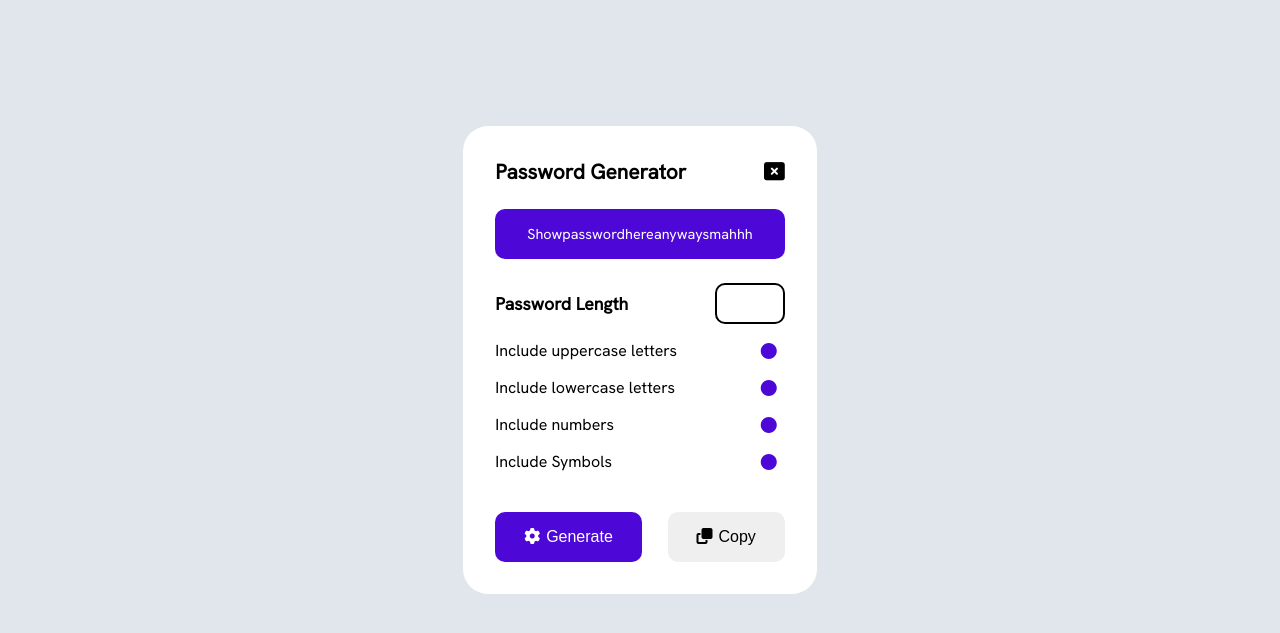
Repository: emiliaiwu/password_generator
Page: index.html
The author's editor kept a copy of each file at every save. The page is drawn from the files as they stood at one save, then again after the next save.
The browser window is 1280 px wide. The pictures show the whole page.
Some web libraries are served in a nearby version.

Above is the page before, as saved 2022-12-14 05:03:15.

After the next save:
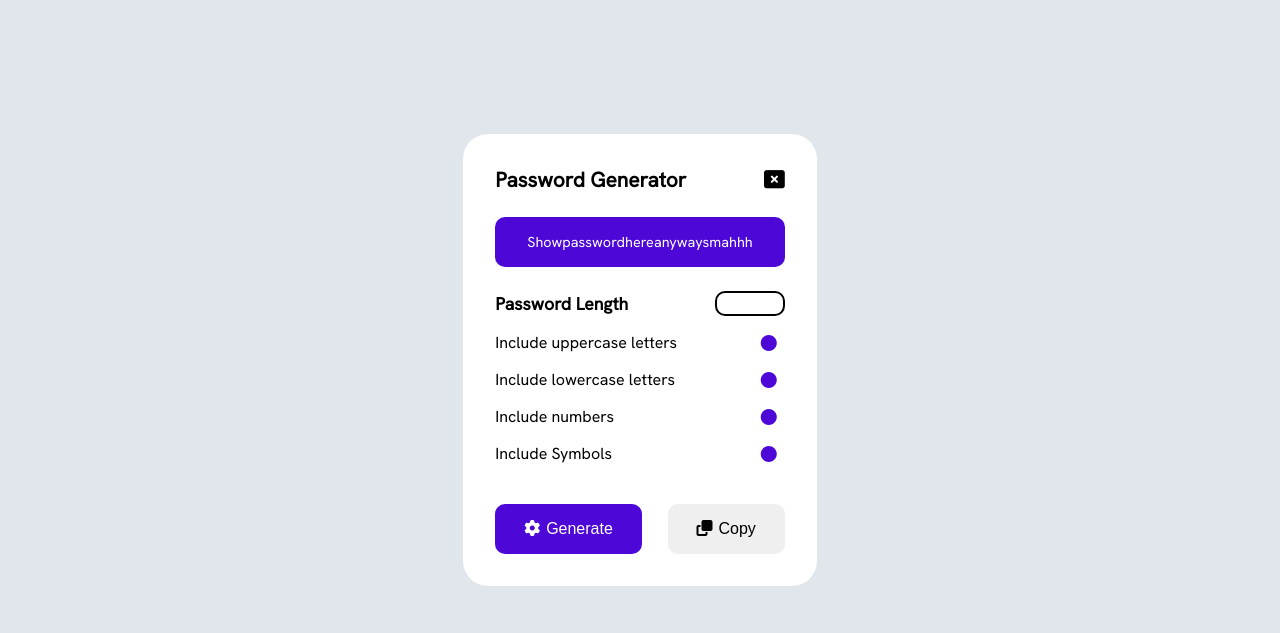
Saved 14 s later.
--- a/style.css
+++ b/style.css
@@ -80,7 +80,7 @@
 
 .password_length input[type="text"] {
     width: 70px;
-    padding: .5rem 1rem;
+    padding: .5rem rem;
     font-size: 1.1rem;
     border: 2px solid #000;
     border-radius: 10px;

After the 2 saves that followed:
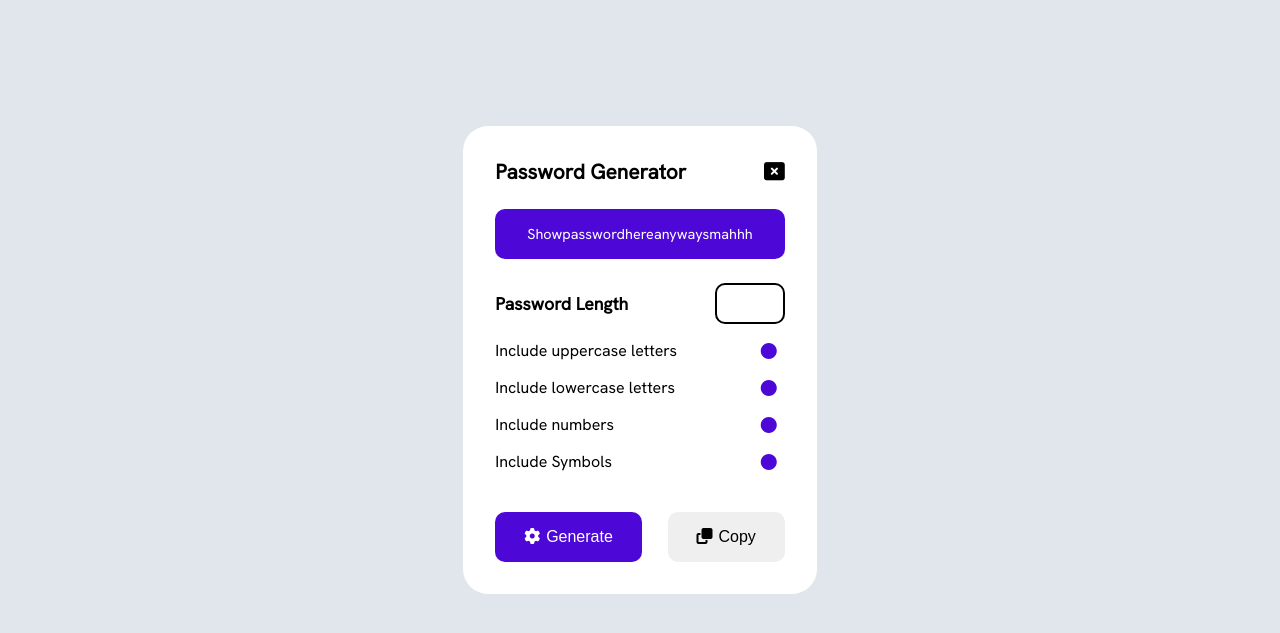
The 2 saves are shown as one change because 1 left the picture as it was.
The last was saved 11 s later.
--- a/style.css
+++ b/style.css
@@ -80,7 +80,7 @@
 
 .password_length input[type="text"] {
     width: 70px;
-    padding: .5rem rem;
+    padding: .5rem .8rem;
     font-size: 1.1rem;
     border: 2px solid #000;
     border-radius: 10px;
